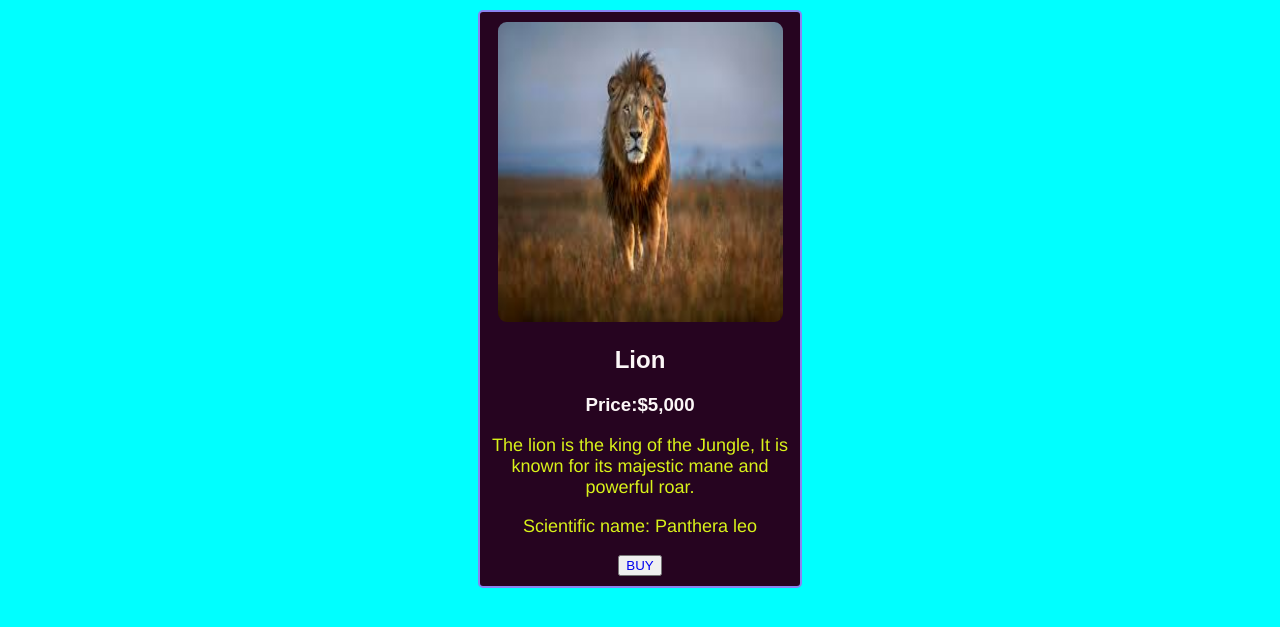
Repository: KingBoyMaylow/Animal-trading-card
Page: index.html
The author's editor kept a copy of each file at every save. The page is drawn from the files as they stood at one save, then again after the next save.
The browser window is 1280 px wide. The pictures show the whole page.

Above is the page before, as saved 2024-05-14 13:50:34.

### index.html
<!DOCTYPE html>
<html lang="en">
<head>
    <meta charset="UTF-8">
    <meta name="viewport" content="width=device-width, initial-scale=1.0">
    <title>Document</title>
</head>
<body>
    <style>
    body {
        font-family: Arial, sans-serif;
        text-align: center;
        background-color: aqua;
    }
    h3{
        color: #fcf7f7;
    }
    button a {
        text-decoration: none;
    }
    .card {
        width: 300px;
        border: 2px solid #8a83f1;
        border-radius: 5px;
        margin: 10px auto;
        padding: 10px;
        background-color: #260420;
    }
    .card img {
        width: 95%;
        border-radius: 3%;
        height: 300px;
    }
    .card h2 {
        color: #fcf7f7;
    }
    .card p {
        color: #d9f21a;
        font-size: large;
        font-family: 'Franklin Gothic Medium', 'Arial Narrow', Arial, sans-serif;
    }
</style>
</head>
<body>
    <div class="card">
        <img src="lion.jpeg" alt="Lion">
        <h2>Lion</h2>
        <h3>Price:$5,000</h3>
        <p>The lion is the king of the Jungle, It is known for its majestic mane and powerful roar.</p>
        <p>Scientific name: Panthera leo</p>
        <button><a href="#">BUY</a></button>
    </div>
</body>
</html>

After the next save:
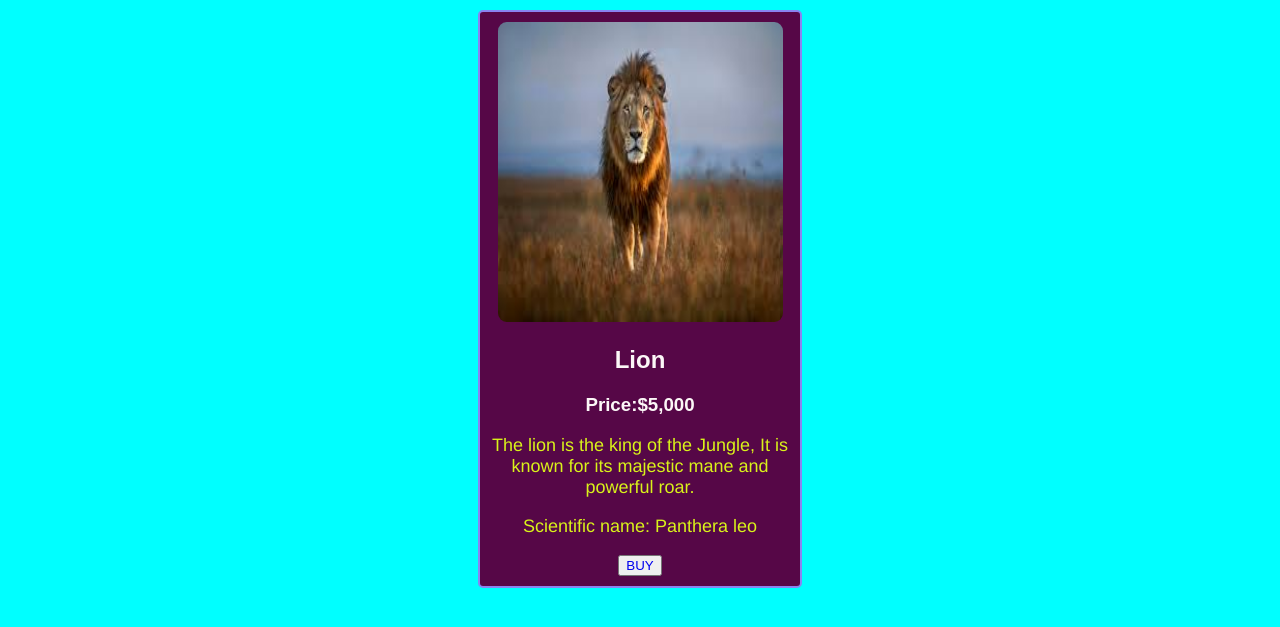
Saved 57 s later.
--- a/index.html
+++ b/index.html
@@ -24,7 +24,7 @@
         border-radius: 5px;
         margin: 10px auto;
         padding: 10px;
-        background-color: #260420;
+        background-color: #560747;
     }
     .card img {
         width: 95%;
